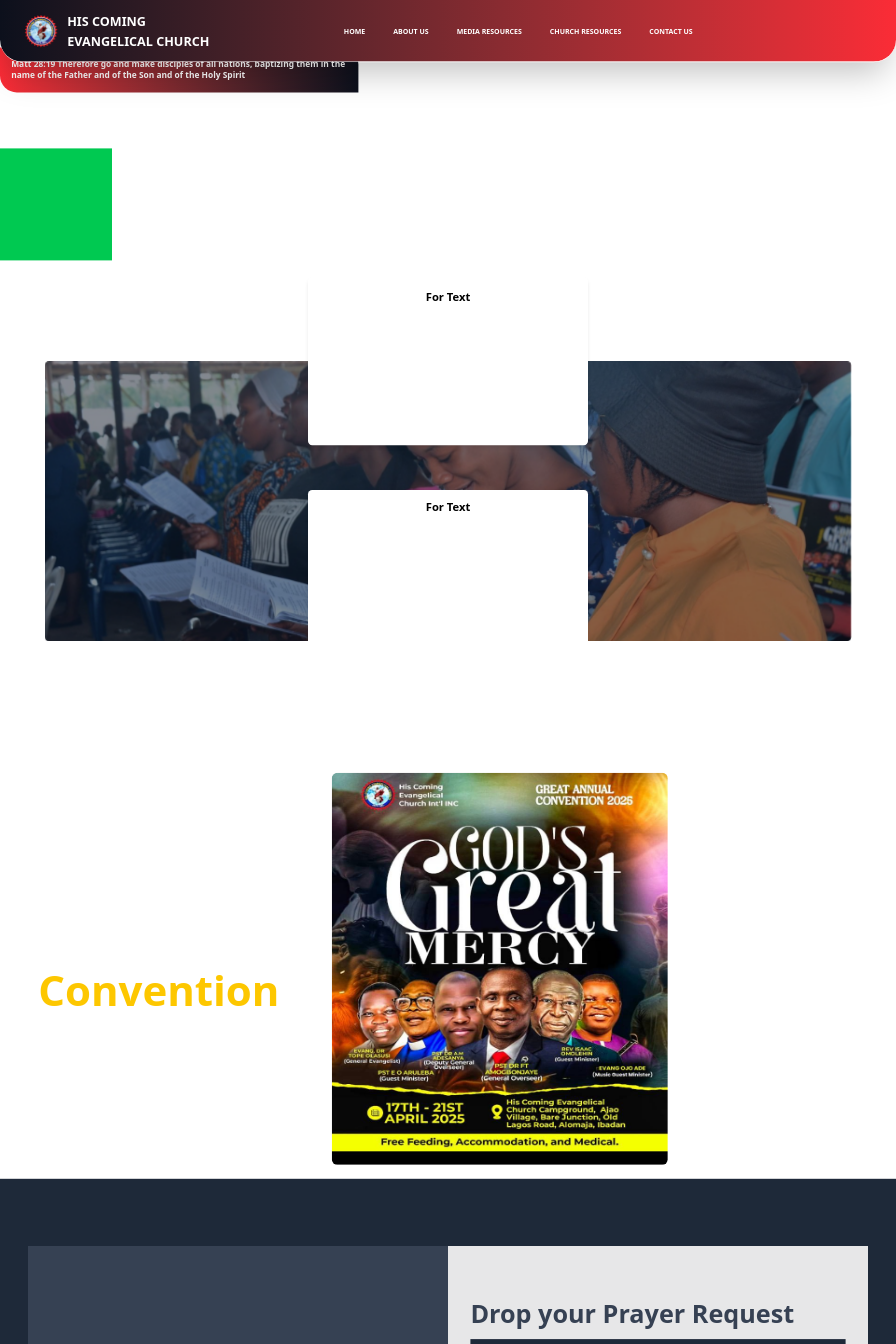
Repository: EmmyDunny1/HCEC-Website
Page: /
These files come from the project's save history. The page is drawn as it stood at one moment and after the next save; the edit follows.
The browser window is 1280 px wide. The pictures show the part of the page from y = 0 to 1920 px (the page is 2832 px tall), at 70% of full size.
The project was rebuilt for these pictures with package versions that can differ from the ones it lists, and the page was loaded fresh each time. The framework's server and built-in components were replaced by stand-ins that run in the browser. Also part of the build but not shown: next.config.ts.

Above is the page before, as saved 2025-07-22 12:28:44.

### app/layout.tsx
import type { Metadata } from "next";
import { Geist, Geist_Mono } from "next/font/google";
import "./globals.css";

const geistSans = Geist({
  variable: "--font-geist-sans",
  subsets: ["latin"],
});

const geistMono = Geist_Mono({
  variable: "--font-geist-mono",
  subsets: ["latin"],
});

export const metadata: Metadata = {
  title: "Official HCEC Website",
  description: "His Coming Evangelical Church Website",
};

export default function RootLayout({
  children,
}: Readonly<{
  children: React.ReactNode;
}>) {
  return (
    <html lang="en">
    <head>
      <link rel="icon" href="/public/assets/HCEC_LOGO.png" />
    </head>
      <body
        className={`${geistSans.variable} ${geistMono.variable} antialiased`}
      >

        {children}
        {/* Footer Component */}
      </body>
    </html>
  );
}

### app/page.tsx

import Navbar from "./components/Navbar";
import Homepage from './Home-page/Homepage';
import Footer from "./components/Footer";


export default function Home() {
  return (
    <div className="justify-center">

       {/* Navbar Component */}
       <Navbar />
      <Homepage />
      <Footer />


    </div>
  );
}

### app/components/Navbar.tsx
"use client";

import React from "react";
import Image from "next/image";
import Link from "next/link";
import { BiMenuAltRight } from "react-icons/bi";

type NavItem = {
  label?: string;
  link?: string;
  children?: NavItem[];
};

type NavbarProps = {
  navItems?: NavItem[];
  churchName?: string;
};

const defaultNavItems: NavItem[] = [
  { label: "HOME", link: "#", children: [{ label: "Upcoming Events", link: "Home-page/Upcoming-Programs" }, { label: "Prayer Requests", link: "Home-page/Prayer-Request" }] },
  { label: "ABOUT US", link: "#", children: [{ label: "Our History", link: "About-Us/our-history" }, { label: "Mission and Vision", link: "About-Us/mission-and-vision" }, { label: "Our Beliefs", link: "About-Us/our-beliefs" }] },
  { label: "MEDIA RESOURCES", link: "#", children: [{ label: "Our Audio & Video Resources", link: "/Media-Resources" },] },
  { label: "CHURCH RESOURCES", link: "#", children: [{ label: "Gospel Hymnal", link: "#" }, { label: "Honey From The Rock", link: "#" }, { label: "Daily Honey", link: "#" }] },
  { label: "CONTACT US", link: "/Contact-Us/Home" },
];

export default function Navbar({
  navItems = defaultNavItems,
  churchName = "His Coming Evangelical Church",
}: NavbarProps) {
  return (
    <div className="bg-[#0C101C]">
      <div className="fixed top-0 bg-gradient-to-r from-[#0C101C] to-red-500 flex max-w-7xl w-full mx-auto text-white p-4 transition-all border-b-1 rounded-b-4xl shadow-2xl hover:border-0">
        <section className="flex transition-all my-auto items-center gap-[19.5rem] md:gap-[0rem]">
          <Image src="/assets/HCEC_LOGO.png" width={80} height={48} alt="HCEC Logo" className="h-[3rem] w-[5rem] object-cover" />
          <span className="hidden md:inline font-bold text-lg uppercase ">
  {churchName.split("Evangelical")[0]}
  <br />
  Evangelical{churchName.split("Evangelical")[1] || ""}
</span>
          <nav className="text-[10px] hidden md:flex md:ml-[12rem] justify-between items-center gap-10">
            {navItems.map((d, i) => (
              <div key={i} className="group relative">
                <Link href={d.link ?? "#"} className="group items-center transition-all relative">
                  <p className="flex cursor-pointer">
                    <span className="font-semibold">{d.label}</span>
                  </p>
                </Link>
                {/* Dropdown */}
                {d.children && (
                  <div className="absolute flex flex-col justify-center left-1/2 transform -translate-x-1/2 top-10 bg-amber-50 text-black w-[11rem] transition-all text-[12px] border-t-4 border-red-500 opacity-0 invisible group-hover:opacity-100 group-hover:visible">
                    {d.children.map((ch, j) => (
                      <a key={j} href={ch.link ?? "#"} className="py-2 px-4 hover:bg-red-500 hover:text-white">
                        {ch.label}
                      </a>
                    ))}
                  </div>
                )}
              </div>
            ))}
          </nav>
          <BiMenuAltRight className="text-2xl md:hidden justify-end" />
        </section>
      </div>
    </div>
  );
}

### app/Home-page/Homepage.tsx
import React from 'react'
import UpcomingPrograms from './Upcoming-Programs/page'

import Image from 'next/image'
import PrayerRequest from '../Contact-Us/Prayer-RequestForm/page'
import HeroSection from '../Hero-Section/page'





export default function Homepage() {
  return (
    <div>
 <Image src="/assets/HCEC_LOGO.png" width={80} height={48} alt="HCEC Logo" className="h-[3rem] w-[5rem] object-cover mb-5" />
  <p className='bg-gradient-to-r from-red-500 to-[#0C101C] justify-start text-xs md:text-md text-white p-4 my-5 max-w-[20rem] md:max-w-lg rounded-tr-3xl rounded-bl-3xl font-bold mb-[5rem]'>Matt 28:19

    Therefore go and make disciples of all nations, baptizing them in the name of the Father and of the Son and of the Holy Spirit</p>

<div className='hover:'>    <div className='relative h-[10rem] w-[10rem] bg-green-500 z-10 '></div>
    <div className='absolute h-[10rem] w-[10rem] bg-red-500 mt-[-10rem] hover:transition-transform  hover:translate-y-[10px] hover:translate-x-[-10px]
     '></div>
</div>
    <HeroSection/>
  <div>
    <UpcomingPrograms />
    <PrayerRequest />
    </div>

    </div>
  )

}

### app/components/Footer.tsx
import React from 'react';
import Image from 'next/image';
import { FaFacebookF, FaTwitter, FaInstagram, FaYoutube } from 'react-icons/fa';

export default function Footer() {
  return (
    <footer className="bg-[#0C101C] text-white py-10">
      <div className="container mx-auto px-4 flex flex-col items-center justify-center gap-8 text-center">
        {/* Logo and Socials */}
        <div className="flex flex-col items-center">
         <a href="#"><Image
            src="/assets/HCEC_LOGO.png"
            alt="HCEC Logo"
            width={120}
            height={60}
            className="mb-4"
          /></a>

          <div>
            <p className="font-semibold mb-4">Follow Us</p>
            <div className="flex justify-center space-x-4 text-xl transition-all duration-100">
              <a href="https://www.facebook.com/profile.php?id=100067408456230&mibextid=ZbWKwL" aria-label="Facebook" className="hover:text-blue-400 hover:border-2 rounded-md hover:p-1"><FaFacebookF /></a>
              <a href="#" aria-label="Twitter" className="hover:text-blue-400 hover:border-2 rounded-md hover:p-1"><FaTwitter /></a>
              <a href="#" aria-label="Instagram" className="hover:text-pink-400 hover:border-2 rounded-md hover:p-1 hover:border-red-500"><FaInstagram /></a>
              <a href="#" aria-label="YouTube" className="hover:text-red-500 hover:border-b-2 hover:border-2 rounded-md hover:p-1 hover:border-red-500"><FaYoutube /></a>
            </div>
          </div>
        </div>
        {/* Copyright */}
        <div className="mt-8 ">
          <p className="text-md">
            © {new Date().getFullYear()} His Coming Evangelical Church. All rights reserved.
          </p>
        </div>
      </div>
    </footer>
  );
}

### app/Home-page/Upcoming-Programs/page.tsx
import React from 'react';
import Image from 'next/image'; // Import the Next.js Image component


export default function UpcomingPrograms() {
  return (
    <div className='text-white'>
      <div className='flex justify-center items-center mx-auto'>
        <h1 className='uppercase text-center text-7xl md:text-4xl font-bold mb-[4rem]'>our upcoming programs</h1>
      </div>
      <div className='flex flex-col md:flex-row justify-center mx-auto items-center'>
       {/* Program description */}
       <div className=' p-5 m-5 w-full md:w-1/3'>
          <h2 className='text-center justify-center text-4xl md:text-6xl font-bold items-center'>Great Annual <span className='text-yellow-400'>Convention</span> 2025</h2>
        </div>
     {/* Convention flier */}
        <div className='rounded-lg p-5 w-full md:w-2/3'>
          <Image
            src='/assets/Convention.jpg'
            alt="Convention"  width={80}
  height={48}
            className='w-full h-full md:w-[30rem] md:h-[35rem] object-fill rounded-lg'

          />
        </div>

      </div>

    </div>
  );
}

### app/Contact-Us/Prayer-RequestForm/page.tsx
'use client'

import React, { useState } from 'react';
import emailjs from 'emailjs-com';


export default function PrayerRequestForm() {
  const [formData, setFormData] = useState({
    name: '',
    email: '',
    phone: '',
    country: 'Nigeria',
    state: '',
    city: '',
    request: ''
  });

  const handleChange = (e: React.ChangeEvent<HTMLInputElement | HTMLTextAreaElement | HTMLSelectElement>) => {
    const { name, value } = e.target;
    setFormData(prev => ({ ...prev, [name]: value }));
  };

  const handleSubmit = (e: React.FormEvent) => {
    e.preventDefault();
    emailjs.send(
      'your_service_id',
      'your_template_id',
      formData,
      'your_user_id_or_public_key'
    ).then(() => {
      alert("Prayer request sent!");
      setFormData({
        name: '', email: '', phone: '', country: 'Nigeria', state: '', city: '', request: ''
      });
    }).catch((err) => {
      console.error(err);
      alert("Failed to send request.");
    });
  };

  return (

    <div>   <div className="md:px-10 md:pt-[6rem] md:pb-5 bg-gray-800 shadow-lg min-h-screen"

    >
      <div className="grid grid-cols-1 md:grid-cols-2 bg-black/60 min-h-screen">
        {/* Left: Red Info Section */}
        <div className="bg-gray-700 text-white px-10 flex flex-col justify-center">
          <h2 className="text-3xl font-bold mb-4">Prayer Request</h2>
          <p className="mb-6">
            You can now conveniently submit your prayer requests online, by filling the form or through mail,
            or via a simple phone call. This seamless process ensures that heartfelt intentions reach the dedicated prayer team.
          </p>
          <div className="mb-2">
            📞 <strong>Phone:</strong> +234 916 986 442, +234 906 099 3734
          </div>
          <div>
            📧 <strong>Email:</strong> contactcentre@lfcww.org
          </div>
        </div>

        {/* Right: Form Section */}
        <div className="bg-white/90 p-8 flex flex-col justify-center">
          <h2 className="text-4xl font-bold text-gray-700 mb-4">Drop your Prayer Request</h2>
          <form onSubmit={handleSubmit} className="space-y-4">
            <input name="name" value={formData.name} onChange={handleChange} placeholder="Name" className="w-full p-2 bg-gray-800 text-white" />
            <input name="email" type="email" value={formData.email} onChange={handleChange} placeholder="Email" className="w-full p-2 bg-gray-800 text-white" />
            <input name="phone" value={formData.phone} onChange={handleChange} placeholder="Phone" className="w-full p-2 bg-gray-800 text-white" />
            <select name="country" value={formData.country} onChange={handleChange} className="w-full p-2 bg-gray-800 text-white">
               <option>Nigeria</option>
              <option>Togo</option>
              <option>Benin Republic</option>
              {/* Add more countries */}
            </select>
            <input name="state" value={formData.state} onChange={handleChange} placeholder="State/Province" className="w-full p-2 bg-gray-800 text-white" />
            <input name="city" value={formData.city} onChange={handleChange} placeholder="Town/City" className="w-full p-2 bg-gray-800 text-white" />
            <textarea name="request" value={formData.request} onChange={handleChange} placeholder="Write your prayer request here..." rows={4} className="w-full p-2 bg-gray-800 text-white" />
            <button type="submit" className="w-full bg-red-600 text-white py-2 rounded">Submit Now</button>
          </form>
        </div>
      </div>

    </div>

</div>

  );
}

### app/Hero-Section/page.tsx
import React from 'react'

export default function HeroSection() {
return (
<div className="flex flex-col items-center p-6 ">
{/* Top Text Box */}
<div className="bg-white shadow-md p-4 rounded-md h-[15rem] w-[25rem] mb-[-7.5rem] z-10">
<p className="text-center font-semibold">For Text</p>
</div>

{/* Image Background Section */}
<div className="relative w-full max-w-6xl h-[25rem] mb-10 rounded-md overflow-hidden">
{/* Background Image */}
<div
  className="absolute inset-0 bg-cover bg-center"
  style={{ backgroundImage: "url('/HeroSection.jpg')" }}
/>

{/* Gray Overlay */}
<div className="absolute inset-0 bg-gray-900 opacity-50"></div>

{/* Content on Image */}
<div className="absolute inset-0 flex items-center justify-center z-10">
  <p className="text-white text-lg font-bold">Image Background</p>
</div>

{/* Bottom Text Box */}
<div className="absolute bottom-[-1.5rem] left-1/2 transform -translate-x-1/2 h-[15rem] w-[25rem] bg-white shadow-md p-3 rounded-md z-10">
  <p className="text-center font-semibold">For Text</p>
</div>
</div>
</div>
)
}

Loaded but not shown: app/globals.css (common file)

After the next save:
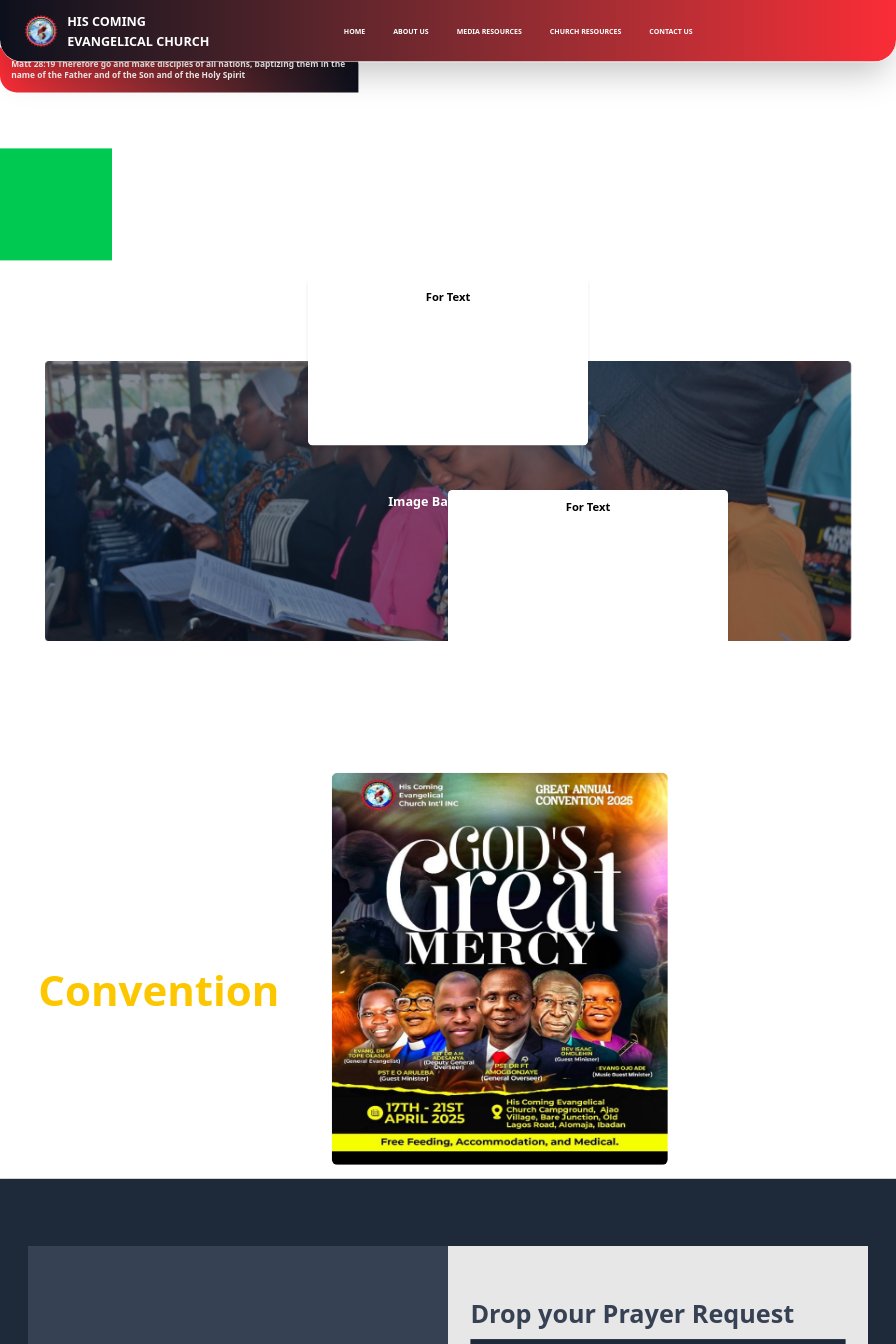
Saved 39 s later.
--- a/app/Hero-Section/page.tsx
+++ b/app/Hero-Section/page.tsx
@@ -25,7 +25,7 @@
 </div>
 
 {/* Bottom Text Box */}
-<div className="absolute bottom-[-1.5rem] left-1/2 transform -translate-x-1/2 h-[15rem] w-[25rem] bg-white shadow-md p-3 rounded-md z-10">
+<div className="absolute bottom-[-1.5rem] left-1/2  h-[15rem] w-[25rem] bg-white shadow-md p-3 rounded-md z-10">
   <p className="text-center font-semibold">For Text</p>
 </div>
 </div>
